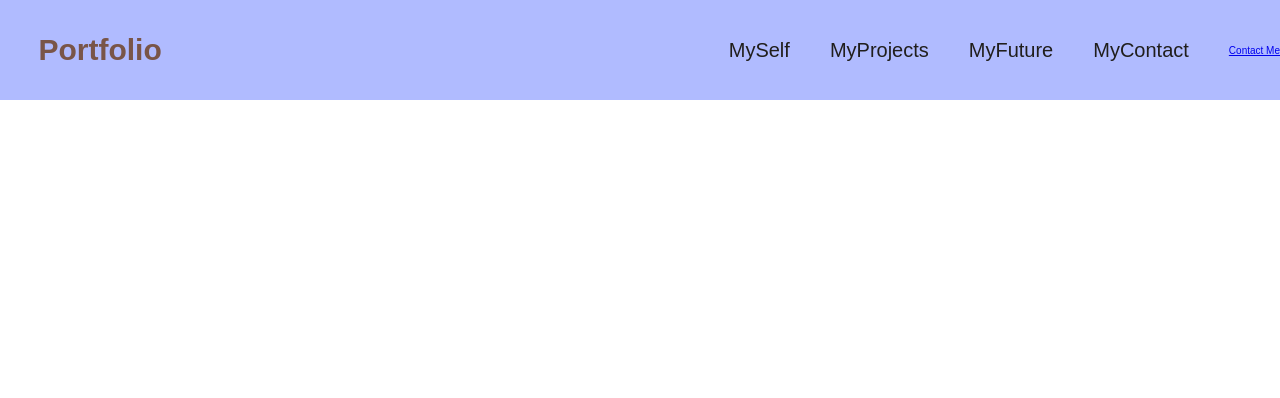
Repository: ChristianGecchelin/PortfolioOnline
Page: index.html
The author's editor kept a copy of each file at every save. The page is drawn from the files as they stood at one save, then again after the next save.
The browser window is 1280 px wide. The pictures show the whole page.

Above is the page before, as saved 2022-01-08 11:33:39.

After the next save:
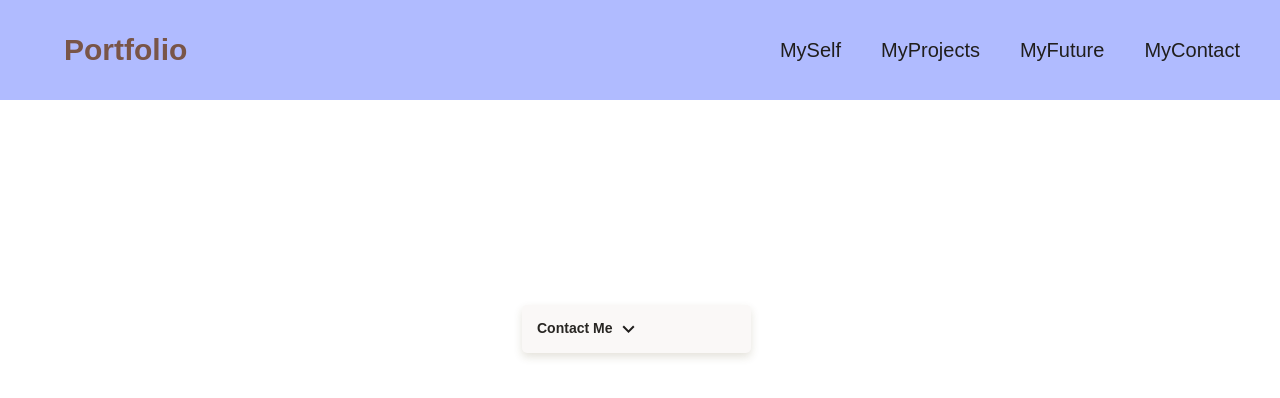
Saved 94 s later.
--- a/styles/styles.css
+++ b/styles/styles.css
@@ -63,3 +63,29 @@ header nav ul li a {
   text-decoration: none;
   color: var(--warm-black);
 }
+header nav .header--button {
+  position: absolute;
+  top: 270px;
+  left: calc(50% - 118px);
+  display: block;
+  margin-top: 35px;
+  padding: 15px;
+  width: 229px;
+  height: 48px;
+  background-color: var(--off-white);
+  font-size: 1.4rem;
+  font-weight: 700;
+  text-decoration: none;
+  color: var(--black);
+  /* sombras */
+  box-shadow: 0px 4px 8px rgba(89, 73, 30, 0.16);
+  border: none;
+  border-radius: 5px;
+}
+header nav .header--button span {
+  display: inline-block;
+  width: 13px;
+  height: 8px;
+  margin-left: 10px;
+  background-image: url(../assets/icons/down-arrow.svg);
+}
